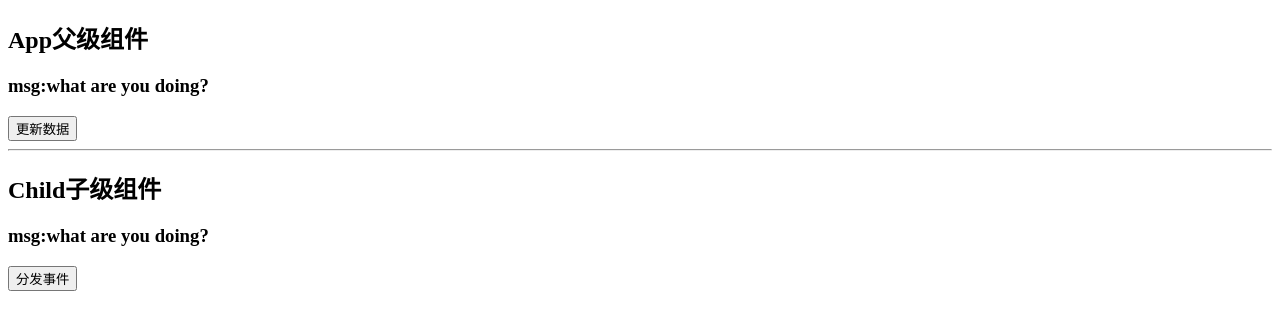
Repository: zhuhongxiang/Vue3.0-TSLeaning
Page: / (app in 04_Vue3/vue3_learning/)
The author's editor kept a copy of each file at every save. The page is drawn from the files as they stood at one save, then again after the next save.
The browser window is 1280 px wide. The pictures show the whole page.
The project was rebuilt for these pictures with package versions that can differ from the ones it lists, and the page was loaded fresh each time.

Above is the page before, as saved 2021-07-26 10:38:33.

After the next save:
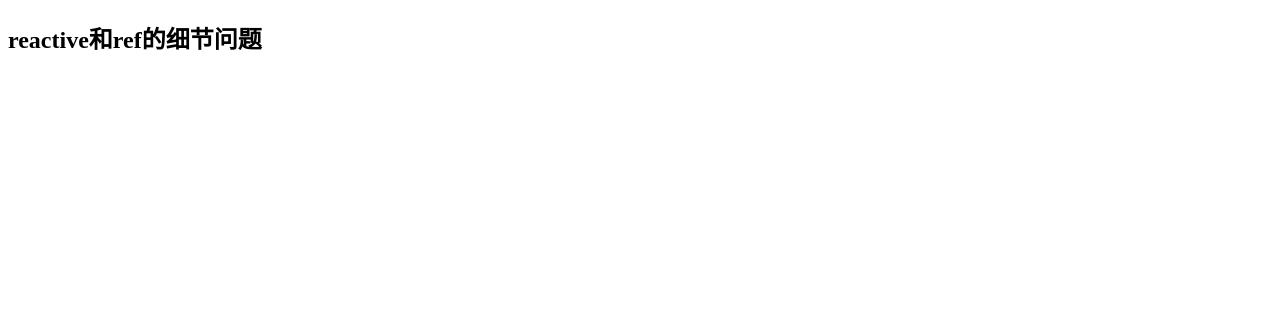
Saved 3 min 38 s later.
--- a/04_Vue3/vue3_learning/src/App.vue
+++ b/04_Vue3/vue3_learning/src/App.vue
@@ -1,28 +1,15 @@
 <template>
-  <h2>App父级组件</h2>
-  <h3>msg:{{ msg }}</h3>
-  <button @click="msg += '==='">更新数据</button>
-  <hr />
-  <Child :msg="msg" msg2="真想" @xxx="xxx" />
+  <h2>reactive和ref的细节问题</h2>
 </template>
 
 <script lang='ts'>
-import { defineComponent, reactive, ref } from "vue";
-import Child from "./components/Child.vue";
-
+import { defineComponent, reactive } from "vue";
 export default defineComponent({
   name: "App",
   props: {},
-  components: { Child },
+  components: {},
   setup() {
-    const msg = ref("what are you doing?");
-    function xxx(txt: string) {
-      msg.value += txt;
-    }
-    return {
-      msg,
-      xxx,
-    };
+    return {};
   },
 });
 </script>
